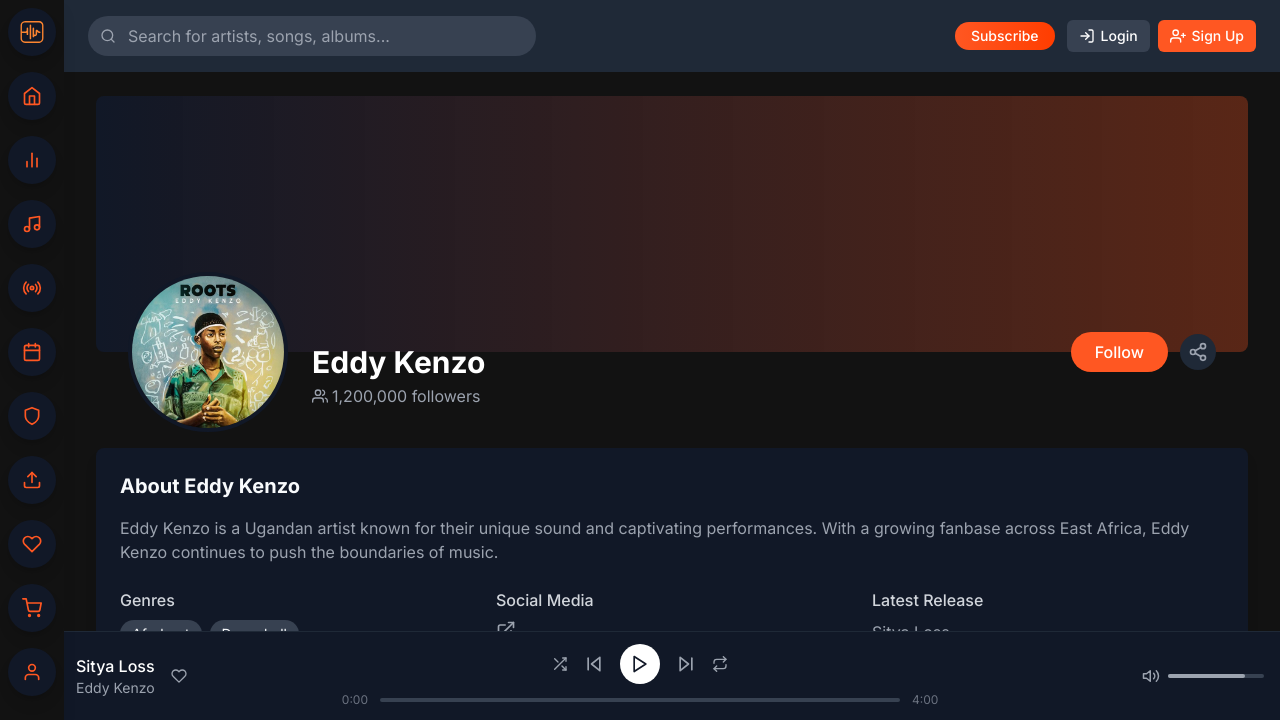
Repository: kaizoku010/sauti-box
Page: /artists/1
An editor plug-in stored every save of this project. The page is shown before and after the next save, followed by the edit.
The browser window is 1280 px wide. The pictures show the whole page.
An inner scrolling area shows only its first screen. The project was rebuilt for these pictures with package versions that can differ from the ones it lists, and the page was loaded fresh each time. The framework's server and built-in components were replaced by stand-ins that run in the browser. Also part of the build but not shown: next.config.mjs, next.config.ts, src/components/PaymentModal.tsx.

Above is the page before, as saved 2025-04-20 20:03:19.

### src/app/layout.tsx
import type { Metadata } from "next";
import { Inter } from "next/font/google";
import "./globals.css";

const inter = Inter({
  subsets: ["latin"],
  variable: "--font-inter",
});

export const metadata: Metadata = {
  title: "MusicHub Uganda",
  description: "Your Music, Your Rights, Your Revenue",
};

export default function RootLayout({
  children,
}: Readonly<{
  children: React.ReactNode;
}>) {
  return (
    <html lang="en">
      <body className={`${inter.variable} antialiased`}>
        {children}
      </body>
    </html>
  );
}

### src/app/artists/[id]/page.tsx
"use client";

import React, { useState, useEffect } from 'react';
import MainLayout from '../../../components/MainLayout';
import MusicCard from '../../../components/MusicCard';
import { FiMusic, FiUsers, FiCalendar, FiShare2, FiExternalLink } from 'react-icons/fi';
import { featuredArtists, topCharts, newReleases } from '../../../data/mockData';

interface ArtistPageProps {
  params: {
    id: string;
  };
}

const ArtistPage = ({ params }: ArtistPageProps) => {
  const [artist, setArtist] = useState<any>(null);
  const [isFollowing, setIsFollowing] = useState(false);
  const [artistSongs, setArtistSongs] = useState<any[]>([]);

  useEffect(() => {
    // In a real app, you would fetch the artist data from an API
    // For now, we'll use the mock data
    const foundArtist = featuredArtists.find(a => a.id === params.id);

    if (foundArtist) {
      setArtist(foundArtist);

      // Get songs by this artist
      const songs = [...topCharts, ...newReleases].filter(
        song => song.artist.toLowerCase() === foundArtist.name.toLowerCase()
      );

      setArtistSongs(songs);
    }
  }, [params.id]);

  const toggleFollow = () => {
    setIsFollowing(!isFollowing);
    // In a real app, you would make an API call to follow/unfollow the artist
  };

  if (!artist) {
    return (
      <MainLayout>
        <div className="flex items-center justify-center h-full">
          <p className="text-gray-400">Artist not found</p>
        </div>
      </MainLayout>
    );
  }

  return (
    <MainLayout>
      <div className="max-w-6xl mx-auto">
        {/* Artist Header */}
        <div className="relative mb-8">
          <div className="h-64 rounded-lg overflow-hidden">
            {artist.coverImage ? (
              <img
                src={artist.coverImage}
                alt={`${artist.name} cover`}
                className="w-full h-full object-cover"
              />
            ) : (
              <div className="h-full bg-gradient-to-r from-gray-900 to-primary/30"></div>
            )}
          </div>

          <div className="absolute bottom-0 left-0 transform translate-y-1/2 px-8 flex items-end">
            <div className="w-40 h-40 rounded-full overflow-hidden border-4 border-gray-900">
              <img
                src={artist.profileImage || artist.image}
                alt={artist.name}
                className="w-full h-full object-cover"
              />
            </div>

            <div className="ml-6 pb-6">
              <h1 className="text-3xl font-bold text-white">{artist.name}</h1>
              <div className="flex items-center text-gray-400 mt-1">
                <FiUsers className="mr-1" />
                <span>{artist.followers.toLocaleString()} followers</span>
              </div>
            </div>
          </div>

          <div className="absolute bottom-0 right-0 transform translate-y-1/2 px-8 flex items-center space-x-3">
            <button
              className={`px-6 py-2 rounded-full font-medium ${
                isFollowing
                  ? 'bg-gray-700 text-white'
                  : 'bg-primary text-white hover:bg-blue-600'
              }`}
              onClick={toggleFollow}
            >
              {isFollowing ? 'Following' : 'Follow'}
            </button>

            <button className="p-2 rounded-full bg-gray-800 text-gray-400 hover:text-white">
              <FiShare2 size={20} />
            </button>
          </div>
        </div>

        {/* Artist Content */}
        <div className="mt-24">
          {/* Artist Bio */}
          <div className="card p-6 mb-8">
            <h2 className="text-xl font-bold mb-4">About {artist.name}</h2>
            <p className="text-gray-400">
              {artist.bio || `${artist.name} is a Ugandan artist known for their unique sound and captivating performances. With a growing fanbase across East Africa, ${artist.name} continues to push the boundaries of music.`}
            </p>

            <div className="grid grid-cols-1 md:grid-cols-3 gap-6 mt-6">
              <div>
                <h3 className="font-medium text-gray-300 mb-2">Genres</h3>
                <div className="flex flex-wrap gap-2">
                  <span className="px-3 py-1 bg-gray-700 rounded-full text-sm">Afrobeat</span>
                  <span className="px-3 py-1 bg-gray-700 rounded-full text-sm">Dancehall</span>
                </div>
              </div>

              <div>
                <h3 className="font-medium text-gray-300 mb-2">Social Media</h3>
                <div className="flex space-x-3">
                  <a href="#" className="text-gray-400 hover:text-primary">
                    <FiExternalLink size={20} />
                  </a>
                </div>
              </div>

              <div>
                <h3 className="font-medium text-gray-300 mb-2">Latest Release</h3>
                <p className="text-gray-400">
                  {artistSongs.length > 0 ? artistSongs[0].title : 'No releases yet'}
                </p>
              </div>
            </div>
          </div>

          {/* Artist Songs */}
          <div className="mb-10">
            <h2 className="text-xl font-bold mb-6">Songs by {artist.name}</h2>

            {artistSongs.length > 0 ? (
              <div className="grid grid-cols-2 md:grid-cols-3 lg:grid-cols-5 gap-4">
                {artistSongs.map((song) => (
                  <MusicCard
                    key={song.id}
                    id={song.id}
                    title={song.title}
                    artist={artist.name}
                    artistId={artist.id}
                    coverImage={song.coverImage}
                    type="song"
                    price={5000} // Example price
                  />
                ))}
              </div>
            ) : (
              <p className="text-gray-400">No songs available</p>
            )}
          </div>

          {/* Upcoming Events */}
          <div className="mb-10">
            <h2 className="text-xl font-bold mb-6">Upcoming Events</h2>

            <div className="card p-6">
              <div className="flex items-start">
                <div className="w-16 h-16 bg-gray-700 rounded-lg flex items-center justify-center mr-4">
                  <FiCalendar size={24} className="text-primary" />
                </div>
                <div>
                  <h3 className="font-bold text-lg">Kampala Music Festival</h3>
                  <p className="text-gray-400">August 15, 2025 • Lugogo Cricket Oval</p>
                  <div className="mt-2">
                    <a href="#" className="text-primary hover:underline">Get Tickets</a>
                  </div>
                </div>
              </div>
            </div>
          </div>
        </div>
      </div>
    </MainLayout>
  );
};

export default ArtistPage;

### src/app/globals.css
@tailwind base;
@tailwind components;
@tailwind utilities;

:root {
  --background: #0F172A;
  --foreground: #F8FAFC;
  --primary: #3B82F6;
  --secondary: #10B981;
  --accent: #8B5CF6;
}

body {
  background: var(--background);
  color: var(--foreground);
  font-family: 'Inter', sans-serif;
}

@layer components {
  .sidebar-icon {
    @apply relative flex items-center justify-center mt-2 mb-2 mx-auto shadow-lg
    bg-gray-900 text-primary hover:bg-primary hover:text-white
    rounded-3xl hover:rounded-xl transition-all duration-300 ease-linear cursor-pointer;
    height: 3rem;
    width: 3rem;
  }

  .sidebar-tooltip {
    @apply absolute w-auto p-2 m-2 min-w-max left-14 rounded-md shadow-md
    text-white bg-gray-900 text-xs font-bold transition-all duration-100 origin-left;
    transform: scale(0);
  }

  .btn-primary {
    @apply px-4 py-2 bg-transparent text-primary border-2 border-primary rounded-md hover:bg-primary/10 transition-colors;
  }

  .btn-secondary {
    @apply px-4 py-2 bg-transparent text-gray-300 border-2 border-gray-700 rounded-md hover:border-primary hover:text-primary transition-colors;
  }

  .card {
    @apply bg-gray-900 rounded-lg overflow-hidden shadow-lg hover:shadow-xl transition-shadow;
  }

  /* Dropdown styles */
  .dropdown {
    @apply relative inline-block;
  }

  .dropdown-content {
    @apply hidden absolute right-0 mt-2 w-48 bg-gray-800 rounded-md shadow-lg z-50;
  }

  .dropdown:hover .dropdown-content {
    @apply block;
  }
}

### src/components/MainLayout.tsx
"use client";

import React, { ReactNode, useState, useEffect } from 'react';
import Sidebar from './Sidebar';
import Header from './Header';
import MusicPlayer from './MusicPlayer';
import Kenzo from "../images/1.jpg"

interface MainLayoutProps {
  children: ReactNode;
}

const MainLayout: React.FC<MainLayoutProps> = ({ children }) => {
  const [isMobile, setIsMobile] = useState(false);

  // Check if we're on mobile when component mounts and when window resizes
  useEffect(() => {
    const checkIfMobile = () => {
      setIsMobile(window.innerWidth < 768);
    };

    // Initial check
    checkIfMobile();

    // Add event listener for window resize
    window.addEventListener('resize', checkIfMobile);

    // Cleanup
    return () => window.removeEventListener('resize', checkIfMobile);
  }, []);

  // Mock current song data
  const currentSong = {
    id: '1',
    title: 'Sitya Loss',
    artist: 'Eddy Kenzo',
    coverImage: Kenzo.src,
    duration: 240, // 4 minutes
  };

  return (
    <div className="flex h-screen bg-background text-foreground">
      <Sidebar />

      <div className={`flex-1 ${!isMobile ? 'ml-16' : 'ml-0'}`}>
        <Header />

        <main className="p-6 pb-24 overflow-y-auto h-[calc(100vh-64px-72px)]">
          {children}
        </main>

        <MusicPlayer currentSong={currentSong} />
      </div>
    </div>
  );
};

export default MainLayout;

### src/components/MusicCard.tsx
"use client";

import React, { useState } from 'react';
import { FiPlay, FiHeart, FiShoppingCart } from 'react-icons/fi';
import Link from 'next/link';
import PaymentModal from './PaymentModal';

interface MusicCardProps {
  id: string;
  title: string;
  artist: string;
  artistId?: string;
  coverImage: string;
  type?: 'song' | 'album' | 'playlist';
  price?: number;
}

const MusicCard: React.FC<MusicCardProps> = ({
  id,
  title,
  artist,
  artistId = '1', // Default to first artist if not provided
  coverImage,
  type = 'song',
  price = 5000 // Default price in UGX if not provided
}) => {
  const [isPaymentModalOpen, setIsPaymentModalOpen] = useState(false);
  const [isLiked, setIsLiked] = useState(false);

  const handleBuyClick = (e: React.MouseEvent) => {
    e.stopPropagation(); // Prevent triggering parent click events
    setIsPaymentModalOpen(true);
  };

  const handlePaymentComplete = () => {
    // Here you would update the user's library
    console.log(`Song ${id} purchased successfully`);
  };

  const toggleLike = (e: React.MouseEvent) => {
    e.stopPropagation();
    setIsLiked(!isLiked);
  };

  return (
    <>
      <div className="card group relative">
        <div className="relative aspect-square overflow-hidden rounded-lg">
          <img
            src={coverImage}
            alt={`${title} by ${artist}`}
            className="object-cover w-full h-full transition-transform duration-300 group-hover:scale-110"
          />
          <div className="absolute inset-0 bg-black bg-opacity-40 opacity-0 group-hover:opacity-100 transition-opacity flex items-center justify-center">
            <button className="w-12 h-12 rounded-full bg-primary flex items-center justify-center text-white">
              <FiPlay size={24} />
            </button>
          </div>
        </div>
        <div className="p-3">
          <h3 className="font-medium text-white truncate">{title}</h3>
          <Link href={`/artists/${artistId}`} className="block">
            <p className="text-sm text-gray-400 truncate hover:text-primary">{artist}</p>
          </Link>
          <div className="flex items-center justify-between mt-2">
            <div className="flex items-center">
              <span className="text-xs text-gray-500 capitalize mr-2">{type}</span>
              {price > 0 && (
                <span className="text-xs font-medium text-primary">UGX {price.toLocaleString()}</span>
              )}
            </div>
            <div className="flex items-center space-x-2">
              <button
                onClick={toggleLike}
                className={`${isLiked ? 'text-red-500' : 'text-gray-400 hover:text-red-500'} transition-colors`}
              >
                <FiHeart size={16} />
              </button>
              {type === 'song' && price > 0 && (
                <button
                  onClick={handleBuyClick}
                  className="text-gray-400 hover:text-primary transition-colors"
                  title="Buy song"
                >
                  <FiShoppingCart size={16} />
                </button>
              )}
            </div>
          </div>
        </div>
      </div>

      {isPaymentModalOpen && (
        <PaymentModal
          isOpen={isPaymentModalOpen}
          onClose={() => setIsPaymentModalOpen(false)}
          songId={id}
          artistId={artistId}
          songTitle={title}
          artistName={artist}
          price={price}
          coverImage={coverImage}
          onPaymentComplete={handlePaymentComplete}
        />
      )}
    </>
  );
};

export default MusicCard;

### src/components/Header.tsx
"use client";

import React, { useState } from 'react';
import { FiSearch, FiBell, FiUser, FiShoppingCart, FiLogIn, FiUserPlus, FiMusic } from 'react-icons/fi';
import Link from 'next/link';

const Header = () => {
  const [isLoggedIn, setIsLoggedIn] = useState(false);
  const [cartCount, setCartCount] = useState(0);

  return (
    <header className="flex items-center justify-between px-6 py-4 bg-gray-800 text-white">
      <div className="flex-1">
        <div className="relative">
          <input
            type="text"
            placeholder="Search for artists, songs, albums..."
            className="w-full max-w-md px-4 py-2 pl-10 bg-gray-700 rounded-full text-white focus:outline-none focus:ring-2 focus:ring-primary"
          />
          <FiSearch className="absolute left-3 top-1/2 transform -translate-y-1/2 text-gray-400" />
        </div>
      </div>

      <div className="flex items-center space-x-3">
        <Link href="/subscribe" className="px-4 py-1 bg-gradient-to-r from-primary to-accent rounded-full text-sm font-medium hidden sm:block">
          Subscribe
        </Link>

        {isLoggedIn ? (
          <>
            <Link href="/cart" className="relative p-2 rounded-full hover:bg-gray-700">
              <FiShoppingCart size={20} />
              {cartCount > 0 && (
                <span className="absolute -top-1 -right-1 w-5 h-5 bg-primary rounded-full text-xs flex items-center justify-center">
                  {cartCount}
                </span>
              )}
            </Link>

            <button className="relative p-2 rounded-full hover:bg-gray-700">
              <FiBell size={20} />
              <span className="absolute top-0 right-0 w-2 h-2 bg-red-500 rounded-full"></span>
            </button>

            <Link href="/profile" className="flex items-center space-x-2">
              <div className="w-8 h-8 rounded-full bg-gray-600 flex items-center justify-center">
                <FiUser size={16} />
              </div>
              <span className="font-medium text-sm hidden md:block">John Doe</span>
            </Link>
          </>
        ) : (
          <div className="flex items-center space-x-2">
            <div className="dropdown dropdown-end">
              <button className="px-3 py-1.5 bg-gray-700 hover:bg-gray-600 rounded-md text-sm font-medium flex items-center">
                <FiLogIn className="mr-1.5" size={16} />
                <span className="hidden sm:inline">Login</span>
              </button>
              <div className="dropdown-content hidden group-hover:block absolute right-0 mt-2 w-48 bg-gray-800 rounded-md shadow-lg z-50">
                <Link href="/login" className="block px-4 py-2 hover:bg-gray-700">
                  <FiUser className="inline mr-2" size={16} />
                  User Login
                </Link>
                <Link href="/artist/login" className="block px-4 py-2 hover:bg-gray-700">
                  <FiMusic className="inline mr-2" size={16} />
                  Artist Login
                </Link>
              </div>
            </div>

            <div className="dropdown dropdown-end">
              <button className="px-3 py-1.5 bg-primary hover:bg-blue-600 rounded-md text-sm font-medium flex items-center">
                <FiUserPlus className="mr-1.5" size={16} />
                <span className="hidden sm:inline">Sign Up</span>
              </button>
              <div className="dropdown-content hidden group-hover:block absolute right-0 mt-2 w-48 bg-gray-800 rounded-md shadow-lg z-50">
                <Link href="/register" className="block px-4 py-2 hover:bg-gray-700">
                  <FiUser className="inline mr-2" size={16} />
                  User Sign Up
                </Link>
                <Link href="/artist/register" className="block px-4 py-2 hover:bg-gray-700">
                  <FiMusic className="inline mr-2" size={16} />
                  Artist Sign Up
                </Link>
              </div>
            </div>
          </div>
        )}
      </div>
    </header>
  );
};

export default Header;

### src/components/MusicPlayer.tsx
"use client";

import React, { useState } from 'react';

import { FiSkipBack, FiSkipForward, FiPause, FiPlay, FiVolume2, FiHeart, FiRepeat, FiShuffle } from 'react-icons/fi';

interface MusicPlayerProps {
  currentSong?: {
    id: string;
    title: string;
    artist: string;
    coverImage: string;
    duration: number;
  };
}

const MusicPlayer: React.FC<MusicPlayerProps> = ({ currentSong }) => {
  const [isPlaying, setIsPlaying] = useState(false);
  const [progress, setProgress] = useState(0);
  const [volume, setVolume] = useState(80);
  const [isLiked, setIsLiked] = useState(false);

  if (!currentSong) return null;

  const togglePlay = () => setIsPlaying(!isPlaying);
  const toggleLike = () => setIsLiked(!isLiked);

  const formatTime = (seconds: number) => {
    const mins = Math.floor(seconds / 60);
    const secs = Math.floor(seconds % 60);
    return `${mins}:${secs < 10 ? '0' : ''}${secs}`;
  };

  return (
    <div className="fixed bottom-0 left-0 right-0 bg-gray-900 border-t border-gray-800 px-4 py-3">
      <div className="flex items-center">
        {/* Song Info */}
        <div className="flex items-center w-1/4">
          <div className="relative w-12 h-12 mr-3">
            <img
              src={currentSong.coverImage}
              alt={`${currentSong.title} by ${currentSong.artist}`}
              className="object-cover rounded-md w-full h-full"
            />
          </div>
          <div className="min-w-0">
            <h4 className="font-medium text-white truncate">{currentSong.title}</h4>
            <p className="text-sm text-gray-400 truncate">{currentSong.artist}</p>
          </div>
          <button
            className={`ml-4 ${isLiked ? 'text-red-500' : 'text-gray-400 hover:text-red-500'}`}
            onClick={toggleLike}
          >
            <FiHeart size={16} />
          </button>
        </div>

        {/* Player Controls */}
        <div className="flex-1 flex flex-col items-center">
          <div className="flex items-center space-x-4">
            <button className="text-gray-400 hover:text-white">
              <FiShuffle size={16} />
            </button>
            <button className="text-gray-400 hover:text-white">
              <FiSkipBack size={20} />
            </button>
            <button
              className="w-10 h-10 rounded-full bg-white text-gray-900 flex items-center justify-center hover:bg-gray-200"
              onClick={togglePlay}
            >
              {isPlaying ? <FiPause size={20} /> : <FiPlay size={20} />}
            </button>
            <button className="text-gray-400 hover:text-white">
              <FiSkipForward size={20} />
            </button>
            <button className="text-gray-400 hover:text-white">
              <FiRepeat size={16} />
            </button>
          </div>

          <div className="w-full flex items-center mt-2">
            <span className="text-xs text-gray-500 w-10 text-right">{formatTime(progress)}</span>
            <div className="flex-1 mx-3 h-1 bg-gray-700 rounded-full">
              <div
                className="h-full bg-primary rounded-full"
                style={{ width: `${(progress / currentSong.duration) * 100}%` }}
              ></div>
            </div>
            <span className="text-xs text-gray-500 w-10">{formatTime(currentSong.duration)}</span>
          </div>
        </div>

        {/* Volume Control */}
        <div className="w-1/4 flex items-center justify-end">
          <FiVolume2 size={18} className="text-gray-400 mr-2" />
          <div className="w-24 h-1 bg-gray-700 rounded-full">
            <div
              className="h-full bg-gray-400 rounded-full"
              style={{ width: `${volume}%` }}
            ></div>
          </div>
        </div>
      </div>
    </div>
  );
};

export default MusicPlayer;

Loaded but not shown: tailwind.config.js (23 lines, source omitted); src/components/Sidebar.tsx (138 lines, source omitted); src/data/mockData.ts (269 lines, source omitted)

After the next save:
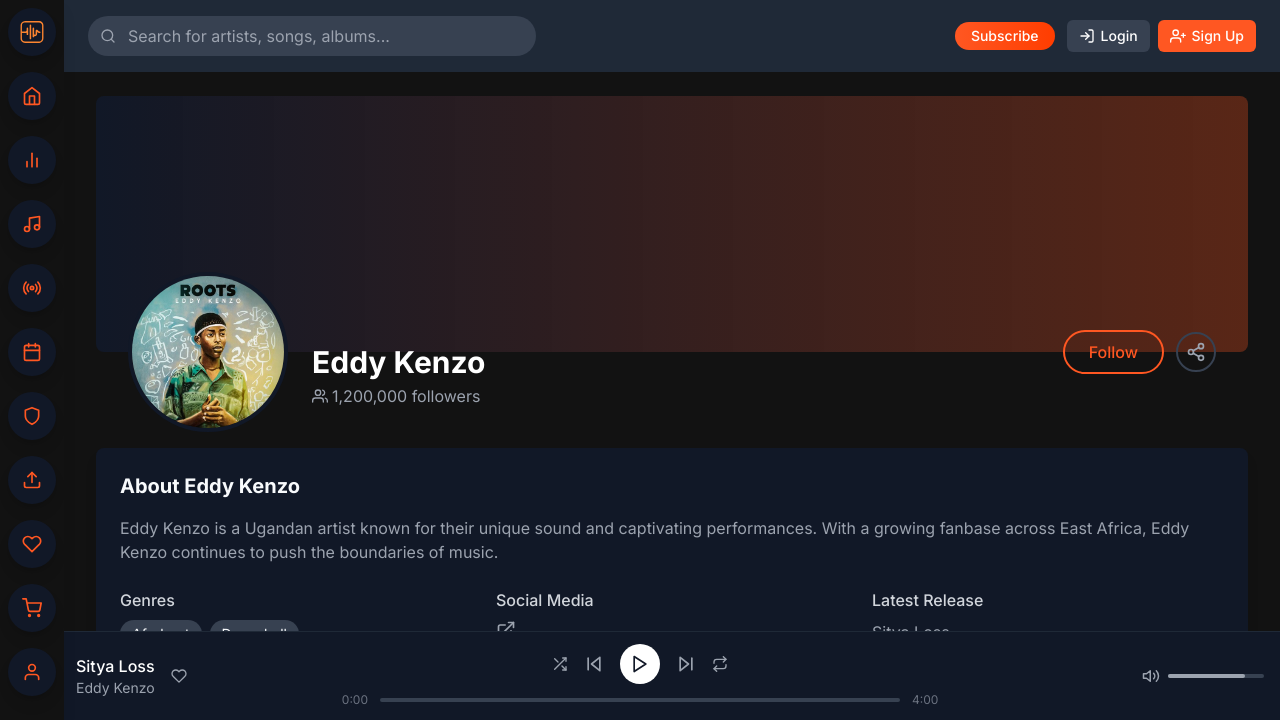
Saved 24 s later.
--- a/src/app/artists/[id]/page.tsx
+++ b/src/app/artists/[id]/page.tsx
@@ -88,15 +88,15 @@
             <button
               className={`px-6 py-2 rounded-full font-medium ${
                 isFollowing
-                  ? 'bg-gray-700 text-white'
-                  : 'bg-primary text-white hover:bg-blue-600'
+                  ? 'border-2 border-gray-700 text-gray-300'
+                  : 'border-2 border-primary text-primary hover:bg-primary/10'
               }`}
               onClick={toggleFollow}
             >
               {isFollowing ? 'Following' : 'Follow'}
             </button>
 
-            <button className="p-2 rounded-full bg-gray-800 text-gray-400 hover:text-white">
+            <button className="p-2 rounded-full border-2 border-gray-700 text-gray-400 hover:text-primary hover:border-primary">
               <FiShare2 size={20} />
             </button>
           </div>
@@ -175,7 +175,7 @@
                   <h3 className="font-bold text-lg">Kampala Music Festival</h3>
                   <p className="text-gray-400">August 15, 2025 • Lugogo Cricket Oval</p>
                   <div className="mt-2">
-                    <a href="#" className="text-primary hover:underline">Get Tickets</a>
+                    <a href="#" className="border-2 border-primary text-primary px-3 py-1 rounded-md hover:bg-primary/10 inline-block">Get Tickets</a>
                   </div>
                 </div>
               </div>
